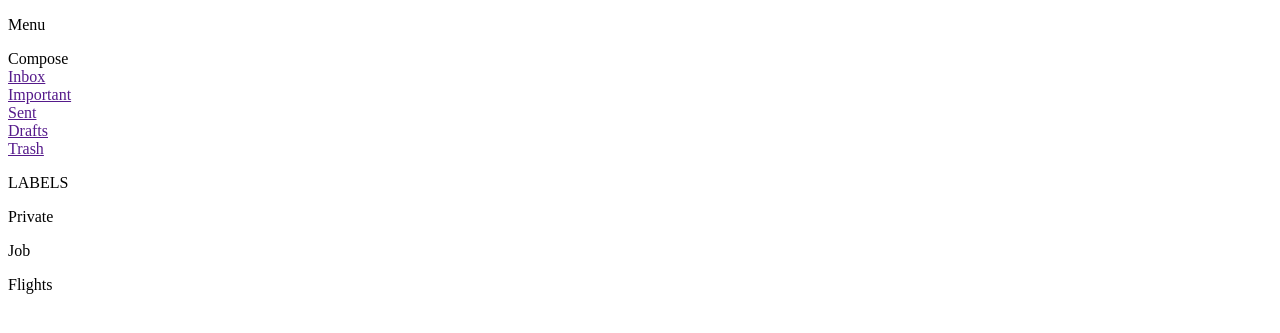
Repository: Gumiin/studia
Page: lesson4/index.html
These files come from the project's save history. The page is drawn as it stood at one moment and after the next save; the edit follows.
The browser window is 1280 px wide. The pictures show the whole page.

Above is the page before, as saved 2021-04-07 17:30:22.

### lesson4/index.html
<!DOCTYPE html>
<html lang="en">
<head>
    <meta charset="UTF-8">
    <meta http-equiv="X-UA-Compatible" content="IE=edge">
    <meta name="viewport" content="width=device-width, initial-scale=1.0">
    <title>Mail mobile part</title>
    <link rel="stylesheet" href="style.css">
</head>
<body>
    <div id="menu">
        <p>Menu</p>
        <a href=""></a><div id="compose">Compose</div></a>
        <nav>
            <a href=""><div>Inbox</div></a>
            <a href=""><div>Important</div></a>
            <a href=""><div>Sent</div></a>
            <a href=""><div>Drafts</div></a>
            <a href=""><div>Trash</div></a>
        </nav>
        <p>LABELS</p>
        <div id="labels">
            <p>
                <div></div>
            Private
            </p>
            <p>
                <div></div>
            Job
            </p>
            <p>
                <div></div>
            Flights
            </p>
        </div>
    </div>
    <div id="mails">
    </div>
    <div id="content">

    </div>
</body>
</html>

### lesson4/style.css
body{
    height: auto;
    width:500px;
}

After the next save:
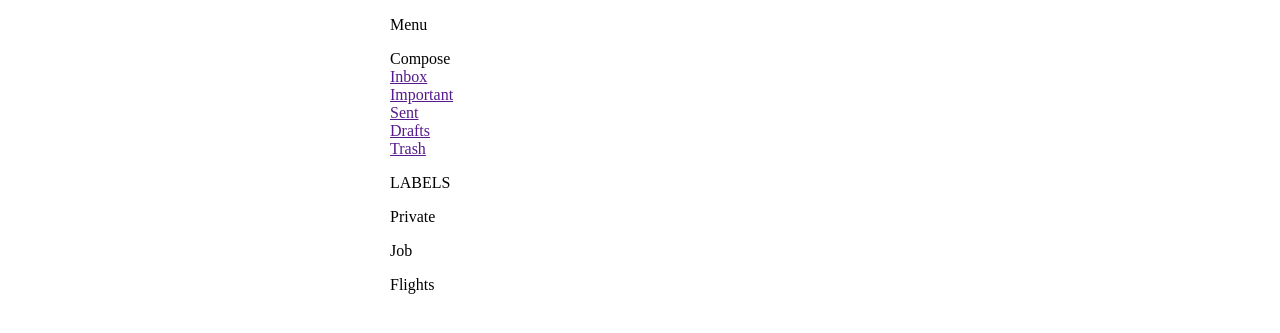
Saved 3 min 2 s later.
--- a/lesson4/style.css
+++ b/lesson4/style.css
@@ -1,4 +1,4 @@
 body{
-    height: auto;
-    width:500px;
+    max-width: 500px;
+    margin:auto;
 }
